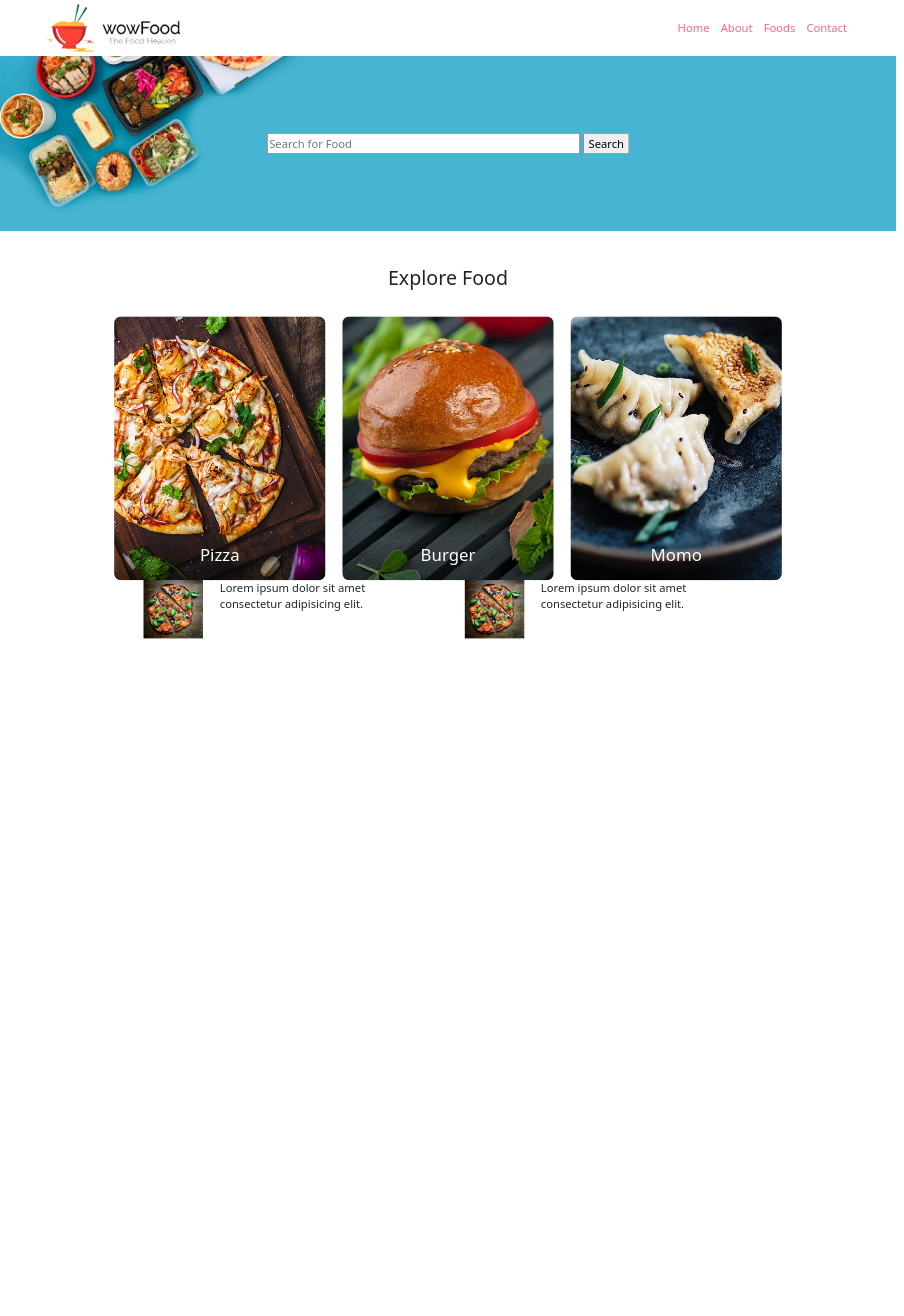
Repository: ruaruababa/RestaurantBS5
Page: html/index.html
An editor plug-in stored every save of this project. The page is shown before and after a run of saves, followed by the edit.
The browser window is 1280 px wide. The page is 1292 px wide, so the pictures cover 1292 px, including what lies to the right of the window. The pictures show the part of the page from y = 0 to 1880 px (the page is 3080 px tall), at 70% of full size.

Above is the page before, as saved 2021-09-26 12:57:36.

### html/index.html
<!DOCTYPE html>
<html lang="en">

<head>
    <meta charset="UTF-8" />
    <meta http-equiv="X-UA-Compatible" content="IE=edge" />
    <meta name="viewport" content="width=device-width, initial-scale=1.0" />
    <title>Document</title>
    <link href="https://cdn.jsdelivr.net/npm/bootstrap@5.1.1/dist/css/bootstrap.min.css" rel="stylesheet"
        integrity="sha384-F3w7mX95PdgyTmZZMECAngseQB83DfGTowi0iMjiWaeVhAn4FJkqJByhZMI3AhiU" crossorigin="anonymous" />
    <link rel="stylesheet" href="https://cdn.jsdelivr.net/npm/bootstrap-icons@1.5.0/font/bootstrap-icons.css" />
    <link rel="stylesheet" href="/css/style.css" />
</head>

<body>
    <nav class="navbar navbar-expand-lg navbar-light bg-light nav-fixed">
        <div class="container-fluid">
            <a class="navbar-brand" href="#">
                <img src="/img/logo.png" alt="" />
            </a>
            <button class="navbar-toggler" type="button" data-bs-toggle="collapse"
                data-bs-target="#navbarSupportedContent" aria-controls="navbarSupportedContent" aria-expanded="false"
                aria-label="Toggle navigation">
                <span class="navbar-toggler-icon"></span>
            </button>
            <div class="collapse navbar-collapse" id="navbarSupportedContent">
                <ul class="navbar-nav">
                    <li class="nav-item">
                        <a class="nav-link active nav-link-fixed" aria-current="page" href="#">Home</a>
                    </li>
                    <li class="nav-item">
                        <a class="nav-link active nav-link-fixed" aria-current="page" href="#">About</a>
                    </li>
                    <li class="nav-item">
                        <a class="nav-link active nav-link-fixed" aria-current="page" href="#">Foods</a>
                    </li>
                    <li class="nav-item">
                        <a class="nav-link active nav-link-fixed" aria-current="page" href="#">Contact</a>
                    </li>
                </ul>
            </div>
        </div>
    </nav>

    <!-- End navbar -->

    <section style="margin-top: 80px">
        <div class="container-section" style="position: relative">
            <img src="/img/bg.jpg" class="img-fluid" alt="Responsive image"
                style="height: 250px; width: 100%; object-fit: cover" />
            <form action="" class="form-search" style="
            width: 100%;
            position: absolute;
            text-align: center;
            top: 50%;
            transform: translateY(-50%);
          ">
                <input type="text" placeholder="Search for Food" style="width: 35%" />
                <input type="button" value="Search" />
            </form>
        </div>
    </section>

    <!-- end section background -->

    <section>
        <div class="row justify-content-center">
            <h3 style="text-align: center; padding-top: 50px; padding-bottom: 30px">
                Explore Food
            </h3>
            <div class="col-3">
                <div class="card border">
                    <img src="/img/pizza.jpg" class="card-img-top border-radius" alt="..." />
                    <div class="card-body card-body-fixed">
                        <p class="card-text text-center">Pizza</p>
                    </div>
                </div>
            </div>
            <div class="col-3">
                <div class="card border">
                    <img src="/img/burger.jpg" class="card-img-top border-radius" alt="..." />
                    <div class="card-body card-body-fixed">
                        <p class="card-text text-center">Burger</p>
                    </div>
                </div>
            </div>
            <div class="col-3">
                <div class="card border">
                    <img src="/img/momo.jpg" class="card-img-top border-radius" alt="..." />
                    <div class="card-body card-body-fixed">
                        <p class="card-text text-center">Momo</p>
                    </div>
                </div>
            </div>
        </div>
    </section>

    <!-- End section Explore Food -->

    <section>
        <div class="row row-cols-1 row-cols-md-3 g-4 justify-content-center gap-4">
            <div class="col">
                <div class="row">
                    <div class="col-3">
                        <img src="/img/menu-pizza.jpg" alt="" style="width: 100%; object-fit: cover;">
                    </div>
                    <div class="col-8">Lorem ipsum dolor sit amet consectetur adipisicing elit.</div>
                </div>
            </div>
            <div class="col">
                <div class="row">
                    <div class="col-3">
                        <img src="/img/menu-pizza.jpg" alt="" style="width: 100%; object-fit: cover;">
                    </div>
                    <div class="col-8">Lorem ipsum dolor sit amet consectetur adipisicing elit.</div>
                </div>
            </div>
            <div class="col">
            </div>
            <div class="col">
            </div>
        </div>
    </section>

    <script src="https://cdn.jsdelivr.net/npm/bootstrap@5.1.1/dist/js/bootstrap.bundle.min.js"
        integrity="sha384-/bQdsTh/da6pkI1MST/rWKFNjaCP5gBSY4sEBT38Q/9RBh9AH40zEOg7Hlq2THRZ" crossorigin="anonymous">
    </script>
</body>

</html>

### css/style.css
body{
    height: 3000px!important;
}
.nav-fixed{
    background-color: white!important;
    padding: 0 50px;
    position: fixed;
    width: 100%;
    z-index: 1;
    top: 0;
}
.navbar-collapse{
    justify-content: end;
}
.nav-link-fixed{
    text-align: center;
    color: #f56b81!important;
}
.border{
    border: none!important;
}
.border-radius{
    border-radius: 10px;
}
.card-body-fixed{
    margin-top: -70px;
    font-size: 24px;
    color: white;
}
.col-4-fixed{
    width: 35.5%;
}

After the next 2 saves:
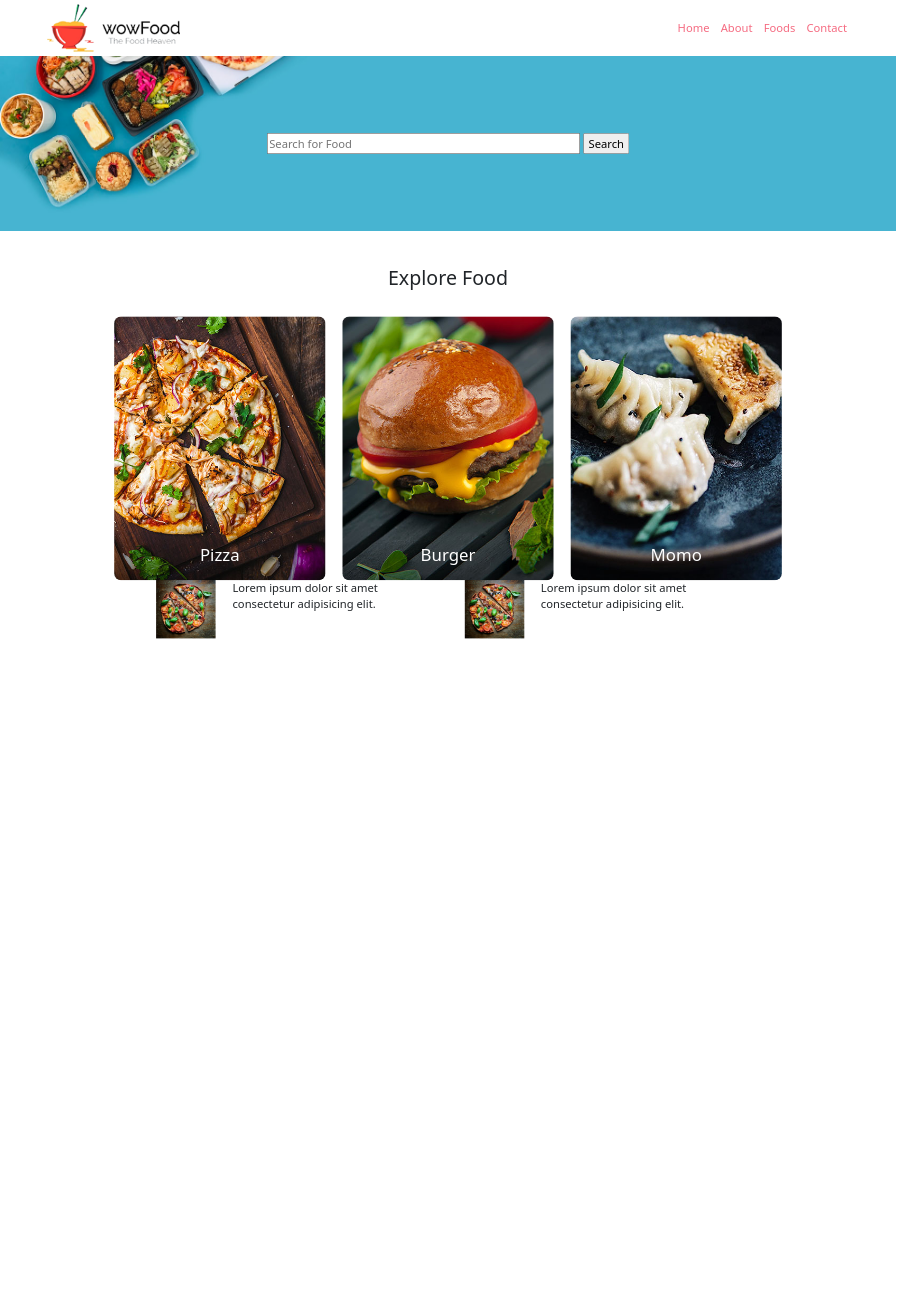
The 2 saves are shown as one change because they came seconds apart.
The last was saved 27 s later.
--- a/html/index.html
+++ b/html/index.html
@@ -100,7 +100,7 @@
     <section>
         <div class="row row-cols-1 row-cols-md-3 g-4 justify-content-center gap-4">
             <div class="col">
-                <div class="row">
+                <div class="row justify-content-center">
                     <div class="col-3">
                         <img src="/img/menu-pizza.jpg" alt="" style="width: 100%; object-fit: cover;">
                     </div>
